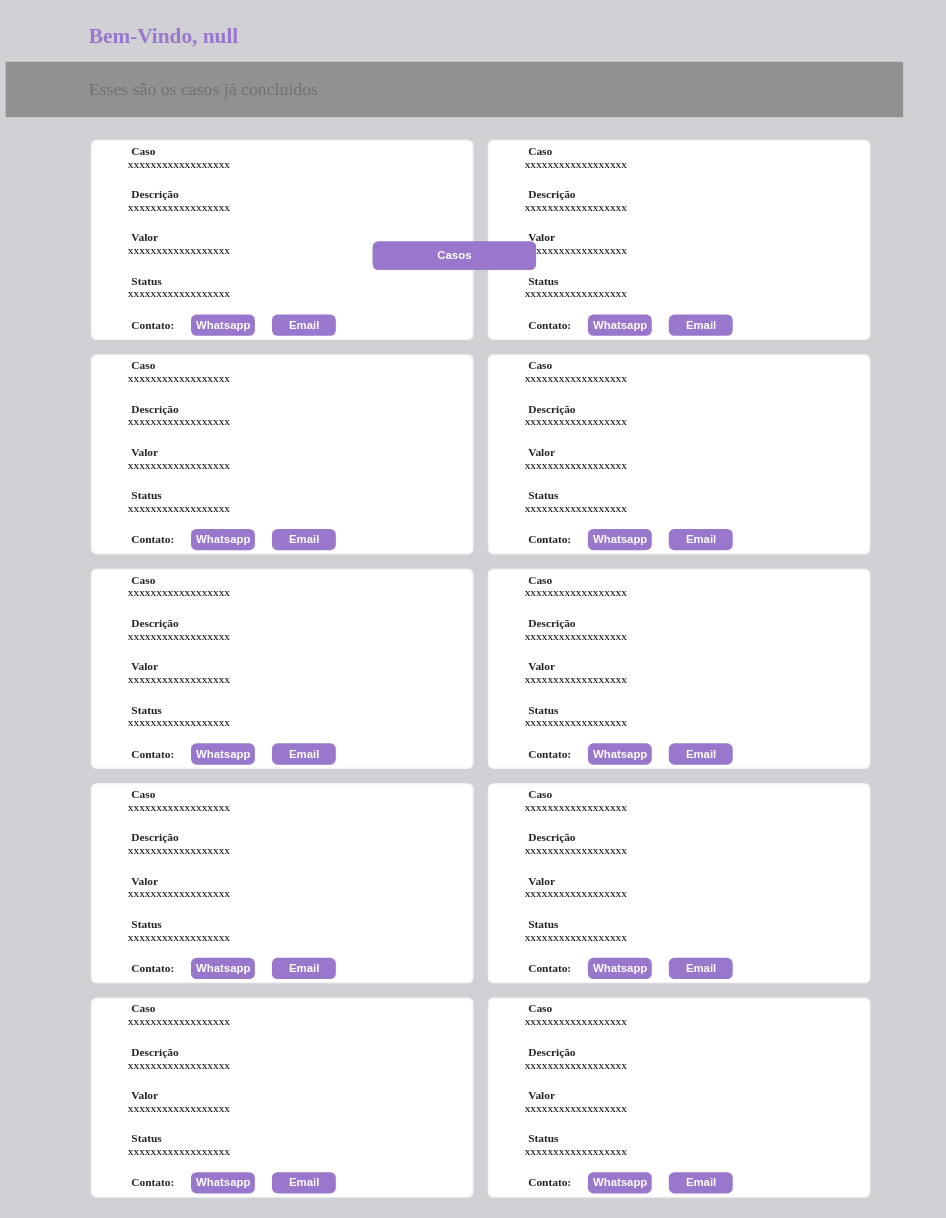
Repository: Dirlandia404/Casos
Page: frontend/public/pages/casosConcluidos.html
These files come from the project's save history. The page is drawn as it stood at one moment and after the next save; the edit follows.
The browser window is 1280 px wide. The page is 1332 px wide, so the pictures cover 1332 px, including what lies to the right of the window. The pictures show the whole page, at 71% of full size.
The page's requests for data from a server got no answer. Some web libraries are served in a nearby version.

Above is the page before, as saved 2021-07-29 12:51:15.

After the next save:
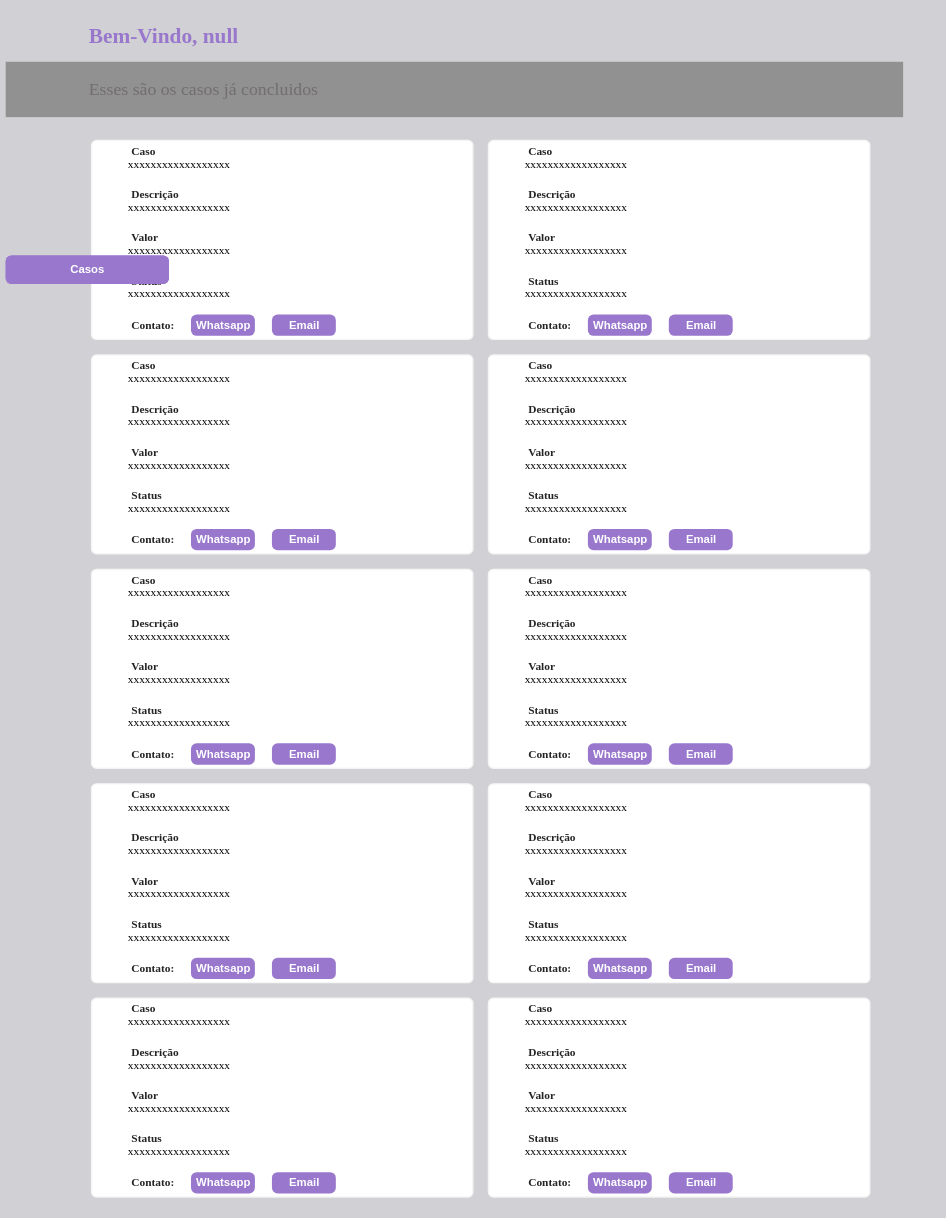
Saved 9 s later.
--- a/frontend/public/pages/src/style/casosConcluidos.css
+++ b/frontend/public/pages/src/style/casosConcluidos.css
@@ -42,8 +42,7 @@ p{
 
     position:absolute;
     top:50%;
-    left:50%;
-    transform: translate(-50%, -50%);
+
 }
 
 
